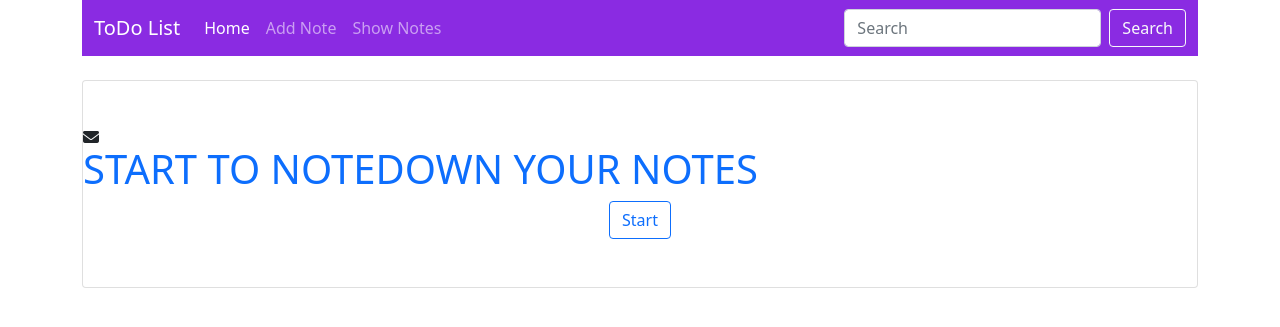
Repository: VishalSalvi17/Hibernate
Page: http://localhost/ToDoList/
The author's editor kept a copy of each file at every save. The page is drawn from the files as they stood at one save, then again after the next save.
The browser window is 1280 px wide. The pictures show the whole page.
Some web libraries are served in a nearby version. The page is served by Tomcat 9.

Above is the page before, as saved 2023-03-17 06:56:00.

After the next save:
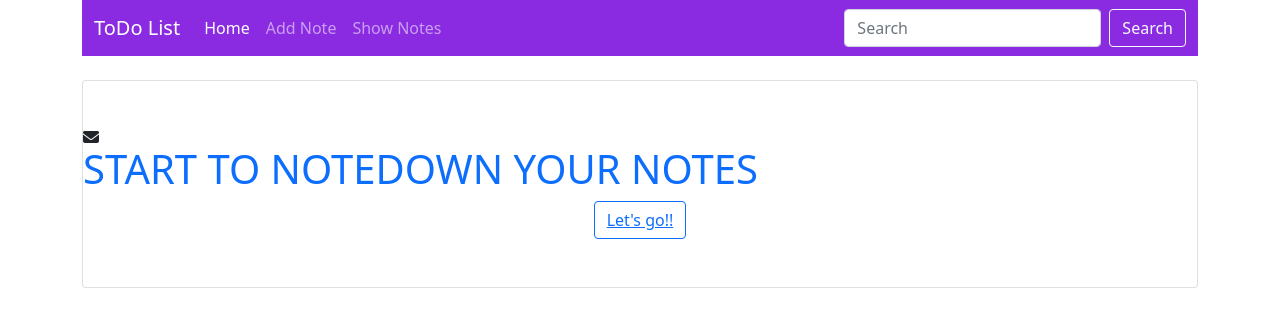
Saved 3 min 1 s later.
--- a/ToDoList/src/main/webapp/index.jsp
+++ b/ToDoList/src/main/webapp/index.jsp
@@ -21,7 +21,7 @@
 		<i class="fa-solid fa-envelope"></i>
 		<h1 class = "text-primary text-uppercase">Start to notedown your notes</h1>
 		<div class="container text-center">
-			<button class="btn btn-outline-primary text-center">Start</button>
+			<button class="btn btn-outline-primary text-center"><a href = "addnote.jsp">Let's go!!</a></button>
 		</div>
 
 		</div>
